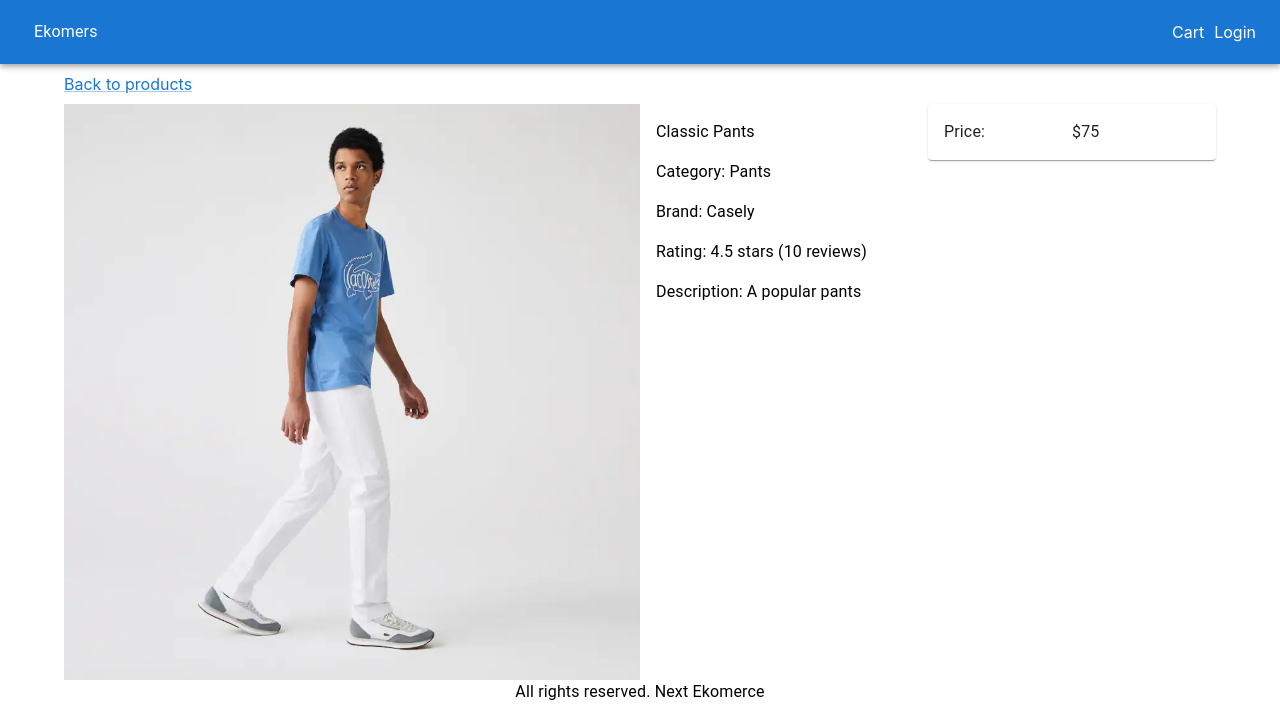
Repository: ChakmaSajib/ekomerce
Page: /product/classic-pants
An editor plug-in stored every save of this project. The page is shown before and after the next save, followed by the edit.
The browser window is 1280 px wide. The pictures show the whole page.
The project was rebuilt for these pictures with package versions that can differ from the ones it lists, and the page was loaded fresh each time. The framework's server and built-in components were replaced by stand-ins that run in the browser. Also part of the build but not shown: next.config.js.

Above is the page before, as saved 2022-01-02 13:05:54.

After the next save:
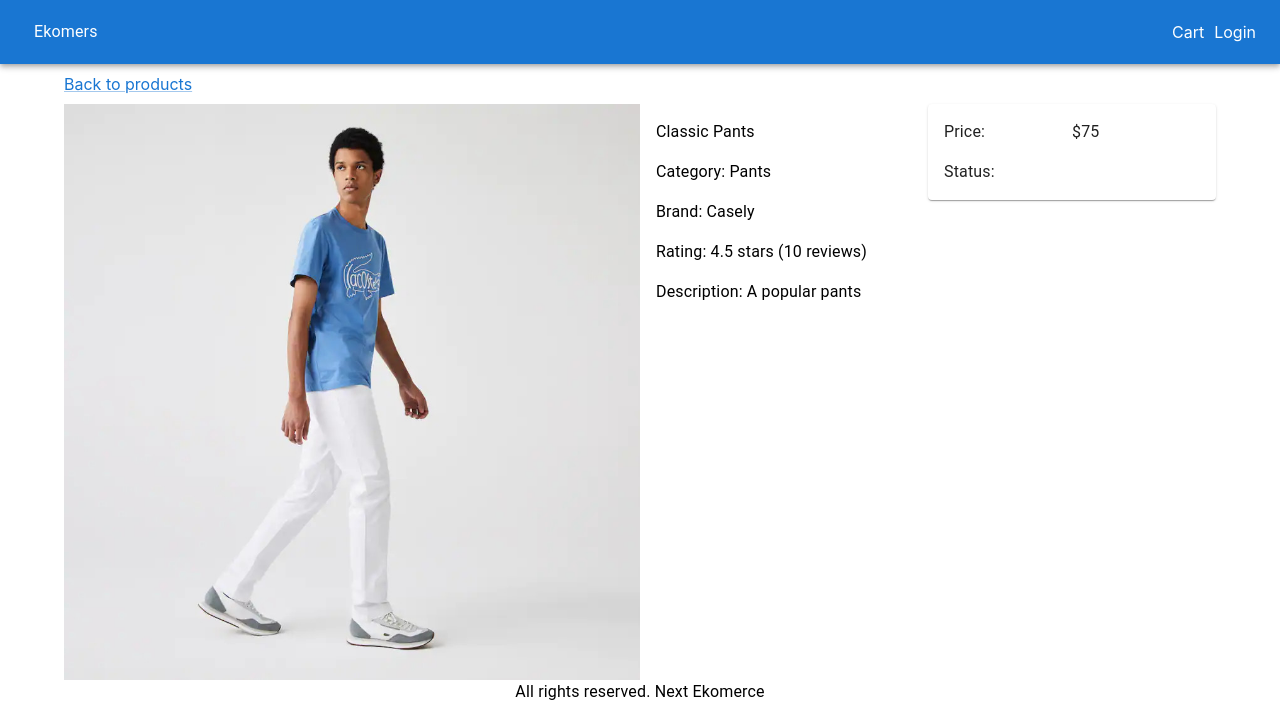
Saved 60 s later.
--- a/pages/product/[slug].js
+++ b/pages/product/[slug].js
@@ -82,6 +82,13 @@
                             </ListItem>
 
                             {/** status */}
+                            <ListItem>
+                                <Grid container>
+                                    <Grid item xs={6}>
+                                        <Typography> Status:</Typography>
+                                    </Grid>
+                                </Grid>
+                            </ListItem>
 
                         </List>
                     </Card>
